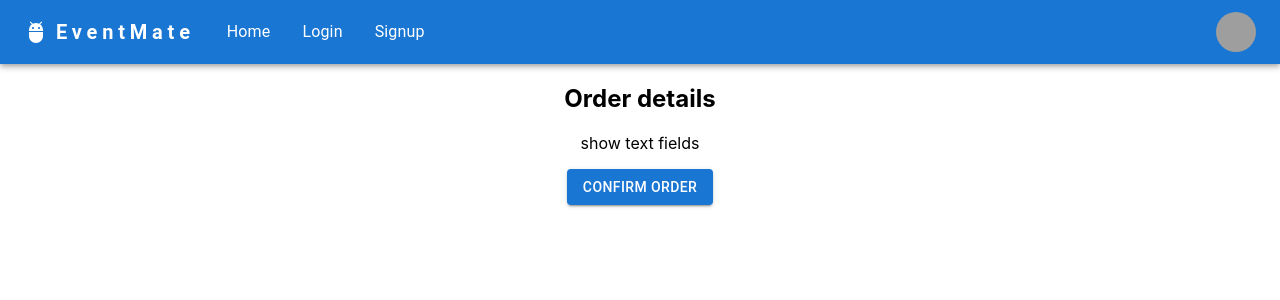
Repository: Farida-Yeasmin-Mim/EventMate_Frontend
Page: /Order_details
The author's editor kept a copy of each file at every save. The page is drawn from the files as they stood at one save, then again after the next save.
The browser window is 1280 px wide. The pictures show the whole page.
Pictures or frames that could not be fetched are drawn as grey boxes. The project was rebuilt for these pictures with package versions that can differ from the ones it lists, and the page was loaded fresh each time. Also part of the build but not shown: src/pages/auth/Login.js, src/components/seletionTextField/selectGender.js, src/pages/auth/Signup.js, src/components/vendor/RegVendor.js, src/components/offer.js, src/components/productcategories.js, src/components/icontabs.js, src/components/cards/decoration.js and 10 more. Imported but missing from the stored project, and not drawn on this page: src/components/PostRequest.

Above is the page before, as saved 2022-07-23 01:55:05.

After the next save:
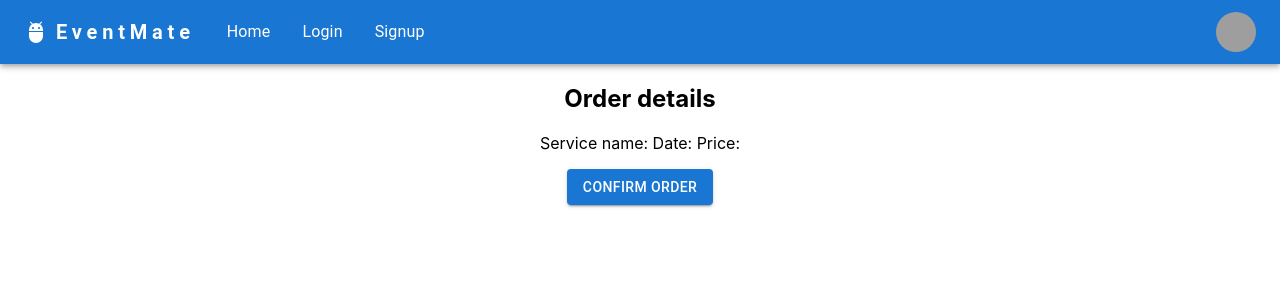
Saved 103 s later.
--- a/src/components/event/OrderDetails.js
+++ b/src/components/event/OrderDetails.js
@@ -9,7 +9,9 @@ function OrderDetails(props) {
         <div>
             <Grid align='center'>
                 <h2>Order details</h2>
-                <p>show text fields</p>
+                <p>Service name:
+                    Date:
+                    Price:</p>
                 <RLink to="/Order_details" style={{ textDecoration: 'none' }}><Button variant="contained">Confirm Order</Button></RLink>
 
             </Grid>
